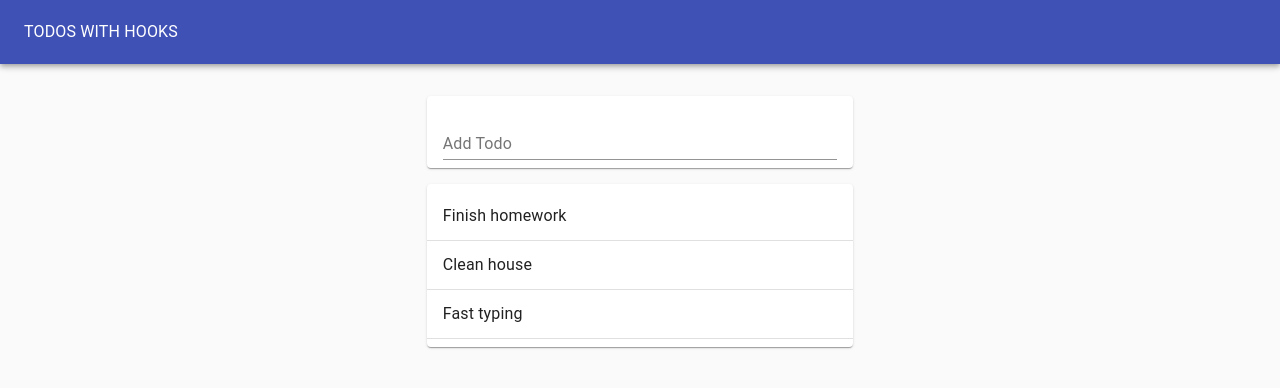
Repository: fulman/todo
Page: /
An editor plug-in stored every save of this project. The page is shown before and after the next save, followed by the edit.
The browser window is 1280 px wide. The pictures show the whole page.
The project was rebuilt for these pictures with package versions that can differ from the ones it lists, and the page was loaded fresh each time.

Above is the page before, as saved 2020-09-27 13:21:52.

### src/App.js
import React from "react";
import TodoApp from "./TodoApp";

function App() {
  return <TodoApp />;
}

export default App;

### src/TodoApp.js
import React, { useState } from "react";
import Typography from "@material-ui/core/Typography";
import Paper from "@material-ui/core/Paper";
import AppBar from "@material-ui/core/AppBar";
import Toolbar from "@material-ui/core/Toolbar";
import Grid from "@material-ui/core/Grid";
import TodoList from "./TodoList";
import TodoForm from "./TodoForm";

function TodoApp() {
  const initialTodos = [
    { id: 1, task: "Finish homework", completed: false },
    { id: 2, task: "Clean house", completed: true },
    { id: 3, task: "Fast typing", completed: false },
  ];
  const [todos, setTodos] = useState(initialTodos);
  const addTodo = (newTodoText) => {
    setTodos([...todos, { id: 4, task: newTodoText, completed: false }]);
  };
  return (
    <Paper
      style={{
        padding: 0,
        margin: 0,
        height: "100vh",
        backgroundColor: "#fafafa",
      }}
      elevation={0}
    >
      <AppBar color="primary" position="static" style={{ height: "64px" }}>
        <Toolbar>
          <Typography color="inherit">TODOS WITH HOOKS</Typography>
        </Toolbar>
      </AppBar>
      <Grid container justify="center" style={{ marginTop: "1rem" }}>
        <Grid item xs={11} md={8} lg={4}>
          <TodoForm addTodo={addTodo} />
          <TodoList todos={todos} />
        </Grid>
      </Grid>
    </Paper>
  );
}

export default TodoApp;

### src/TodoList.js
import React from "react";
import Paper from "@material-ui/core/Paper";
import List from "@material-ui/core/List";
import ListItem from "@material-ui/core/ListItem";
import ListItemText from "@material-ui/core/ListItemText";
import Divider from "@material-ui/core/Divider";

function TodoList(props) {
  return (
    <Paper>
      <List>
        {props.todos.map((todo) => (
          <>
            <ListItem>
              <ListItemText>{todo.task}</ListItemText>
            </ListItem>
            <Divider />
          </>
        ))}
      </List>
    </Paper>
  );
}

export default TodoList;

### src/TodoForm.js
import React from "react";
import Paper from "@material-ui/core/Paper";
import TextField from "@material-ui/core/TextField";
import useInputState from "./hooks/useInputState";

function TodoForm({ addTodo }) {
  const [value, handleChange, reset] = useInputState("");
  return (
    <Paper style={{ margin: "1rem 0", padding: "0 1rem" }}>
      <form
        onSubmit={(e) => {
          e.preventDefault();
          addTodo(value);
          reset();
        }}
      >
        <TextField
          value={value}
          label="Add Todo"
          margin="normal"
          fullWidth
          onChange={handleChange}
        />
      </form>
    </Paper>
  );
}
export default TodoForm;

### src/hooks/useInputState.js
import { useState } from "react";

export default (initialValue) => {
  const [value, setValue] = useState(initialValue);
  const handleChange = (e) => {
    setValue(e.target.value);
  };
  const reset = () => {
    setValue("");
  };
  return [value, handleChange, reset];
};

Loaded but not shown: public/index.html (common file); src/index.js (common file); src/index.css (common file); src/serviceWorker.js (common file); src/Todo.js (no stored copy; drawn as an empty file)

After the next save:
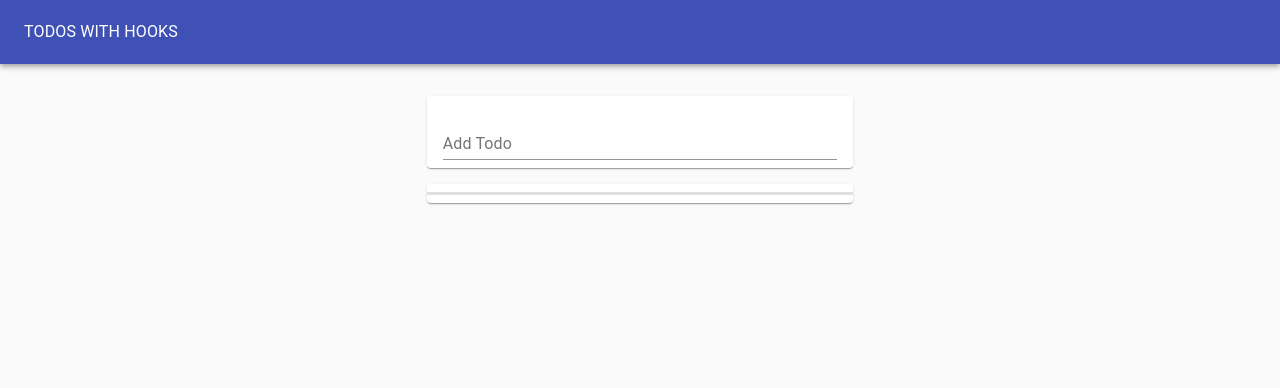
Saved 93 s later.
--- a/src/TodoList.js
+++ b/src/TodoList.js
@@ -1,9 +1,8 @@
 import React from "react";
 import Paper from "@material-ui/core/Paper";
 import List from "@material-ui/core/List";
-import ListItem from "@material-ui/core/ListItem";
-import ListItemText from "@material-ui/core/ListItemText";
 import Divider from "@material-ui/core/Divider";
+import Todo from "./Todo";
 
 function TodoList(props) {
   return (
@@ -11,9 +10,6 @@ function TodoList(props) {
       <List>
         {props.todos.map((todo) => (
           <>
-            <ListItem>
-              <ListItemText>{todo.task}</ListItemText>
-            </ListItem>
             <Divider />
           </>
         ))}
